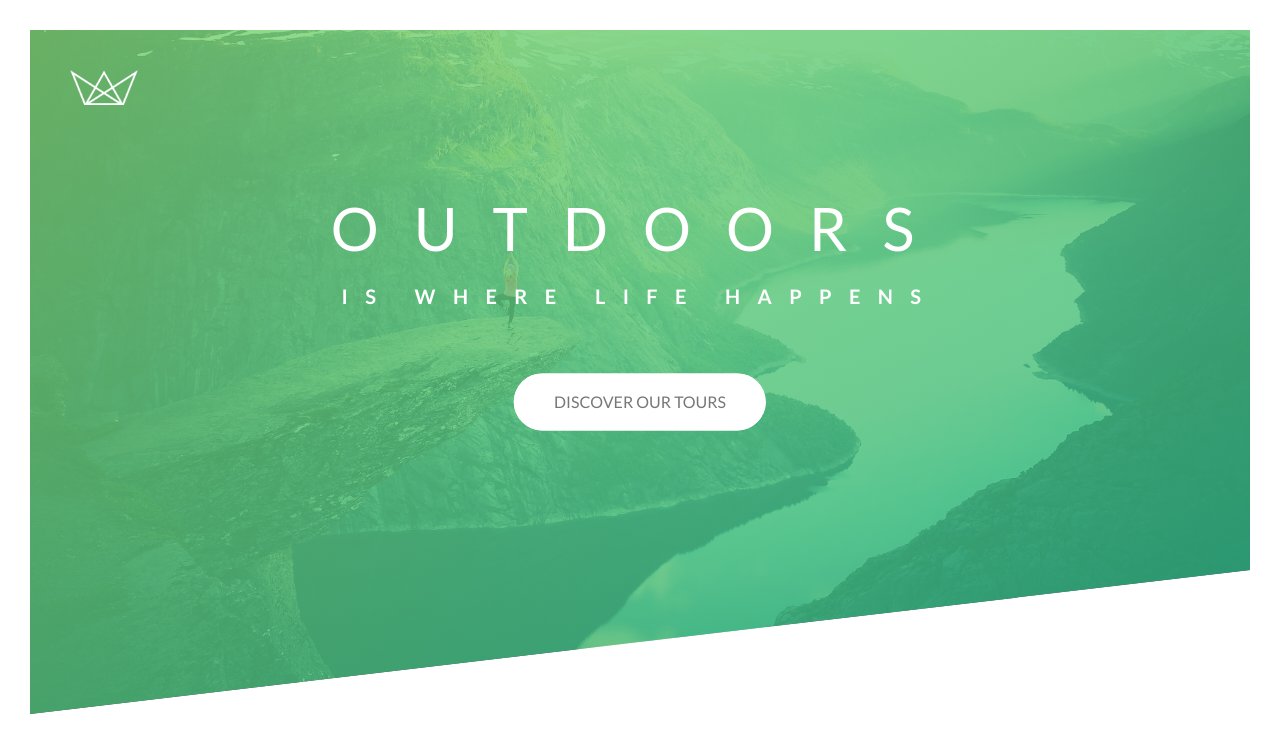
Repository: MalgorzataMazur/Natours
Page: index.html
These files come from the project's save history. The page is drawn as it stood at one moment and after the next save; the edit follows.
The browser window is 1280 px wide. The pictures show the whole page.

Above is the page before, as saved 2020-01-14 19:03:39.

### index.html
<!DOCTYPE html>
<html lang="en">
<head>
    <meta charset="UTF-8">
    <meta name="viewport" content="width=device-width, initial-scale=1.0">
    <meta http-equiv="X-UA-Compatible" content="ie=edge">

    <link href="https://fonts.googleapis.com/css?family=Lato:100,300,400,700,900" rel="stylesheet">


    <link rel="stylesheet" href="css/style.css">
    <link rel="shortcut icon" type="image/png" href="img/favicon.png">

    <title>Natours | Exciting tours for adventurous people</title>
</head>
<body>
    <header class="header">  <!-- green field -->
        <div class="logo-box">
            <img src="img/logo-white.png" alt="Logo" class="logo">
        </div>

        <div class="text-box">
            <h1 class="heading-primary">
                <span class="heading-primary-main">Outdoors</span>
                <span class="heading-primary-sub">is where life happens</span>
            </h1>
            <a href="#" class="btn btn-white btn-animated">Discover our tours</a>
        </div>

    </header>
</body>
</html>

### css/style.css
/*
COLORS:

Light green: #7ed56f
Medium green: #55c57a
Dark green: #28b485

*/

/* universal selector */    /* that is BASIC RESET! */
* {
    margin: 0;
    padding: 0;
    box-sizing: border-box;
}

html {}
body {
    font-family: "Lato", sans-serif;          /* FONT HERE IN BODY BECASUE IS USUALLY IHERITATED */
    font-weight: 400;
    font-size: 16px;
    line-height: 1.7;                       /* 1.7 x higher than earlier defined height of line */
    color: #777;
    padding: 30px;                          /* around all website white strap */
}

.header {
    height: 95vh;                          /* a#7ed56f, t the boottom left white strap 5% */
    background-image: linear-gradient(
        to right bottom,                     /* define gradient here linear, from wich side sholuld starts here in line gradienfrom the left top to the right, colours */
        rgba(126, 213, 111, 0.8),
        rgba(40, 180, 131, 0.8)),
        url(../img/hero.jpg);
    background-size: cover;
    background-position: top;
    position: relative;

    clip-path: polygon(0 0, 100% 0, 100% 75vh, 0 100%);  /* do wedge (kiln, wcięcie) just to clip from one side, w do polygon (wilokat) we move every single corner move clockwise x & y)  */

}

.logo-box {
    position: absolute;                    /* in the left corner */
    top: 40px;
    left: 40px;
}

.logo {
    height: 35px;;
}

.text-box {
    position: absolute;
    top: 40%;                          /* top&left they're in relation to the parent element  */
    left: 50%;
    transform: translate(-50%, -50%);         /*translation  is in relation to the elemnet itself; header promary I mean an element to be centered we have to shifted 50% of height and width of element not parent */
    text-align: center;                /* button at the center */
}

.heading-primary {
    color: #ffffff;
    text-transform: uppercase;

    backface-visibility: hidden;
    margin-bottom: 60px;                 /* a little bit like to the top, shaky and it is to fix it  */
}

.heading-primary-main {
    display: block;
    font-size: 60px;
    font-weight: 400;
    letter-spacing: 35px;

    animation-name: moveInLeft;               /*  for animation to woerk there're two only properties to specify aniamtion name and the anim ation duration */
    animation-duration: 1s;
    animation-timing-function: ease-out;       /* define how animation will proceed slow/fast; ease-out the anim will start faster and then will become slower by the end */


    /*animation-delay: 3s;*/              /* set a delay we can in animation */
    /*animation-iteration-count: 3; */          /* how many times animation should happens */

}

.heading-primary-sub {
    display: block;
    font-size: 20px;
    font-weight: 700;
    letter-spacing: 17.4px;
    animation: moveInRight 1s ease-out;

}

@keyframes moveInLeft {            /* ANIMATION we started from @keyframes and name of animation;NOW I can specify whnt I want to happen in each moment of time of the animation  */
    0% {                          /* initial state */
       opacity: 0;                         /* first we wanted to be visible so opacity 0 and in the end opacity 1; opacity is one of properties that we animated here and transform property second */
       transform: translateX(-100px);        /* the element comes in from the left side */
    }                                          /* rotate(180deg) */

    80% {
        transform: translateX(10px);        /* to the right side goes */
    }

    100% {                        /* final state */
        opacity: 1;                         /* first we wanted to be visible so opacity 0 and in the end opacity 1 */
        transform: translate(0);     /* it's gonna look exactly right now */
    }
}


@keyframes moveInRight {
       0% {
        opacity: 0;
        transform: translateX(100px);      /* moves to the right */
    }

    80% {
        transform: translateX(-10px);
    }

    100% {
        opacity: 1;
        transform: translate(0);
    }
}

@keyframes moveInBottom {              /* after load btn is going from the bottom */
    0% {
     opacity: 0;                      /* befoee strats anim btn sholud be lover current his position */
     transform: translateY(30px);      /* moves to the right */
 }

 100% {
     opacity: 1;
     transform: translate(0);
 }
}
/* pseudo-classes */
.btn:link,                              /* link an anchor element; we straed at first step from  */
.btn:visited {                          /* link and vistedt look the same here */
    text-transform: uppercase;
    text-decoration: none;
    padding: 15px 40px;
    display: inline-block;              /* if specufypadding, width, height of elemet thay sholud be display as a inline-block */
    border-radius: 100px;
    transition: all .2s;               /* build a creative hover animation effect*/  /*first which properties we want animate, time duration*  */
    position: relative;
}

.btn:hover {
    transform: translateY(-3px);                       /* element moves up */
    box-shadow: 0 10px 20px rgba(0, 0, 0,.2);                       /* move x, y, blur, color; a very subtle shadow and here is 20% almost transparent*/
}

.btn:active {                           /* click element */
    transform: translateY(-1px);
    box-shadow: 0 5px 10px rgba(0, 0, 0,.2)
}
.btn-white {
    background-color: #fff;
    color: #777;
}
/* pseudo-elements to style caertain parts of elements*/  /* we want put this buuton behind the main btb */
.btn::after {    /* we strat do taht looks like it zooms out to infinity when we hover and it comes back when we hover out; pseudoelement is like a child of btn */
    content: "";                      /* content is always necessary */
    display: inline-block;            /* display is always necessary as well, the same dispaly as btn  */
    height: 100%;                     /* teh dame property like btn we want to look the same as a btn, is like a child of btn*/
    width: 100%;
    border-radius: 100px;
    position: absolute;               /* behind the btn we want put this actual btn we use position absol and the reference is the fisrt element with the relative position that it can find and it should be BTN (vis alnd link) and now it will be hidden behind the btn*/
    top: 0;
    left: 0;
    z-index: -1;                    /* defines the position of the elements if they are on top of another */
    transition: all .4s;

}

.btn-white::after {
    background-color: #fff;
}

.btn:hover::after { /* when hover yhe btn we wnat some certain style for the after pseudo-elemenr, so this is an after pseudo-element only when we have the button on the hover state*/
    transform: scaleX(1.4) scaleY(1.6);    /* we want to be bigger after hover state; cen rowny zmkazdej str dlatego x i y skalujemy */ /* and we want to animate like before, so animate in initial state- btn:after above pseudoelement*/
    opacity: 0;         /* opacity 0 sets sth to invisible basicilly, so btn disappear */
}

.btn-animated {   /* we ant to only this btn to animated from the bottom */
    animation: moveInBottom .5s ease-out .75s;     /* here is delay the last property */
    animation-fill-mode: backwards;     /* btn is visible before animation, we don't want that so we use this property and we set WSTECZ it means automacily the style up to 0% (moveinbottom) before the animation starts*/
}

After the next save:
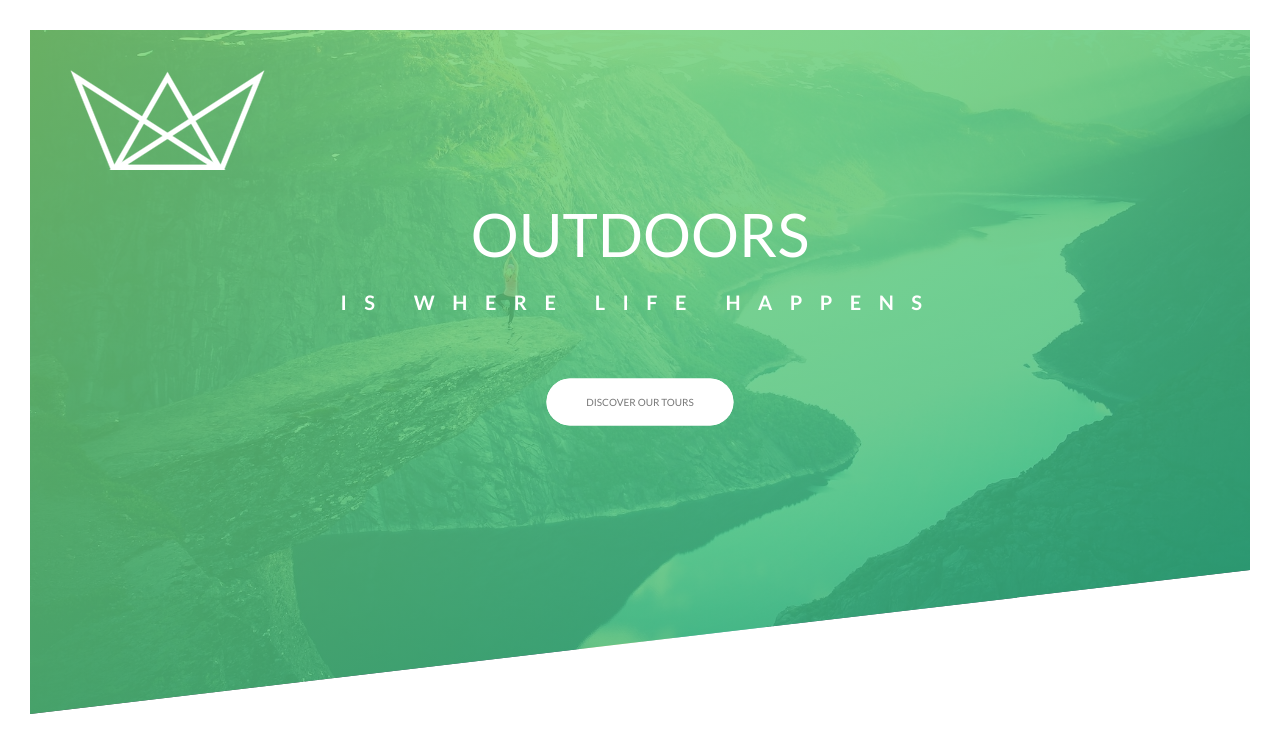
Saved 8 min 14 s later.
--- a/css/style.css
+++ b/css/style.css
@@ -14,14 +14,16 @@ Dark green: #28b485
     box-sizing: border-box;
 }
 
-html {}
+html {
+    font-size: 10px;
+}
 body {
     font-family: "Lato", sans-serif;          /* FONT HERE IN BODY BECASUE IS USUALLY IHERITATED */
     font-weight: 400;
-    font-size: 16px;
+    /* font-size: 16px; */
     line-height: 1.7;                       /* 1.7 x higher than earlier defined height of line */
     color: #777;
-    padding: 30px;                          /* around all website white strap */
+    padding: 3rem;                          /* around all website white strap */
 }
 
 .header {
@@ -41,12 +43,12 @@ body {
 
 .logo-box {
     position: absolute;                    /* in the left corner */
-    top: 40px;
-    left: 40px;
+    top: 4rem;
+    left: 4rem;
 }
 
 .logo {
-    height: 35px;;
+    height: 3,5rem;
 }
 
 .text-box {
@@ -62,14 +64,14 @@ body {
     text-transform: uppercase;
 
     backface-visibility: hidden;
-    margin-bottom: 60px;                 /* a little bit like to the top, shaky and it is to fix it  */
+    margin-bottom: 6rem;                 /* a little bit like to the top, shaky and it is to fix it  */
 }
 
 .heading-primary-main {
     display: block;
-    font-size: 60px;
+    font-size: 6rem;
     font-weight: 400;
-    letter-spacing: 35px;
+    letter-spacing: 3,5rem;
 
     animation-name: moveInLeft;               /*  for animation to woerk there're two only properties to specify aniamtion name and the anim ation duration */
     animation-duration: 1s;
@@ -83,9 +85,9 @@ body {
 
 .heading-primary-sub {
     display: block;
-    font-size: 20px;
+    font-size: 2rem;
     font-weight: 700;
-    letter-spacing: 17.4px;
+    letter-spacing: 1.75rem;
     animation: moveInRight 1s ease-out;
 
 }
@@ -93,11 +95,11 @@ body {
 @keyframes moveInLeft {            /* ANIMATION we started from @keyframes and name of animation;NOW I can specify whnt I want to happen in each moment of time of the animation  */
     0% {                          /* initial state */
        opacity: 0;                         /* first we wanted to be visible so opacity 0 and in the end opacity 1; opacity is one of properties that we animated here and transform property second */
-       transform: translateX(-100px);        /* the element comes in from the left side */
+       transform: translateX(-10rem);        /* the element comes in from the left side */
     }                                          /* rotate(180deg) */
 
     80% {
-        transform: translateX(10px);        /* to the right side goes */
+        transform: translateX(1rem);        /* to the right side goes */
     }
 
     100% {                        /* final state */
@@ -110,11 +112,11 @@ body {
 @keyframes moveInRight {
        0% {
         opacity: 0;
-        transform: translateX(100px);      /* moves to the right */
+        transform: translateX(10rem);      /* moves to the right */
     }
 
     80% {
-        transform: translateX(-10px);
+        transform: translateX(-1rem);
     }
 
     100% {
@@ -126,7 +128,7 @@ body {
 @keyframes moveInBottom {              /* after load btn is going from the bottom */
     0% {
      opacity: 0;                      /* befoee strats anim btn sholud be lover current his position */
-     transform: translateY(30px);      /* moves to the right */
+     transform: translateY(3rem);      /* moves to the right */
  }
 
  100% {
@@ -139,21 +141,21 @@ body {
 .btn:visited {                          /* link and vistedt look the same here */
     text-transform: uppercase;
     text-decoration: none;
-    padding: 15px 40px;
+    padding: 1.5rem 4rem;
     display: inline-block;              /* if specufypadding, width, height of elemet thay sholud be display as a inline-block */
-    border-radius: 100px;
+    border-radius: 10rem;
     transition: all .2s;               /* build a creative hover animation effect*/  /*first which properties we want animate, time duration*  */
     position: relative;
 }
 
 .btn:hover {
     transform: translateY(-3px);                       /* element moves up */
-    box-shadow: 0 10px 20px rgba(0, 0, 0,.2);                       /* move x, y, blur, color; a very subtle shadow and here is 20% almost transparent*/
+    box-shadow: 0 1em 2rem rgba(0, 0, 0,.2);                       /* move x, y, blur, color; a very subtle shadow and here is 20% almost transparent*/
 }
 
 .btn:active {                           /* click element */
     transform: translateY(-1px);
-    box-shadow: 0 5px 10px rgba(0, 0, 0,.2)
+    box-shadow: 0 .5rem 1rem rgba(0, 0, 0,.2)
 }
 .btn-white {
     background-color: #fff;
@@ -165,7 +167,7 @@ body {
     display: inline-block;            /* display is always necessary as well, the same dispaly as btn  */
     height: 100%;                     /* teh dame property like btn we want to look the same as a btn, is like a child of btn*/
     width: 100%;
-    border-radius: 100px;
+    border-radius: 10rem;
     position: absolute;               /* behind the btn we want put this actual btn we use position absol and the reference is the fisrt element with the relative position that it can find and it should be BTN (vis alnd link) and now it will be hidden behind the btn*/
     top: 0;
     left: 0;
